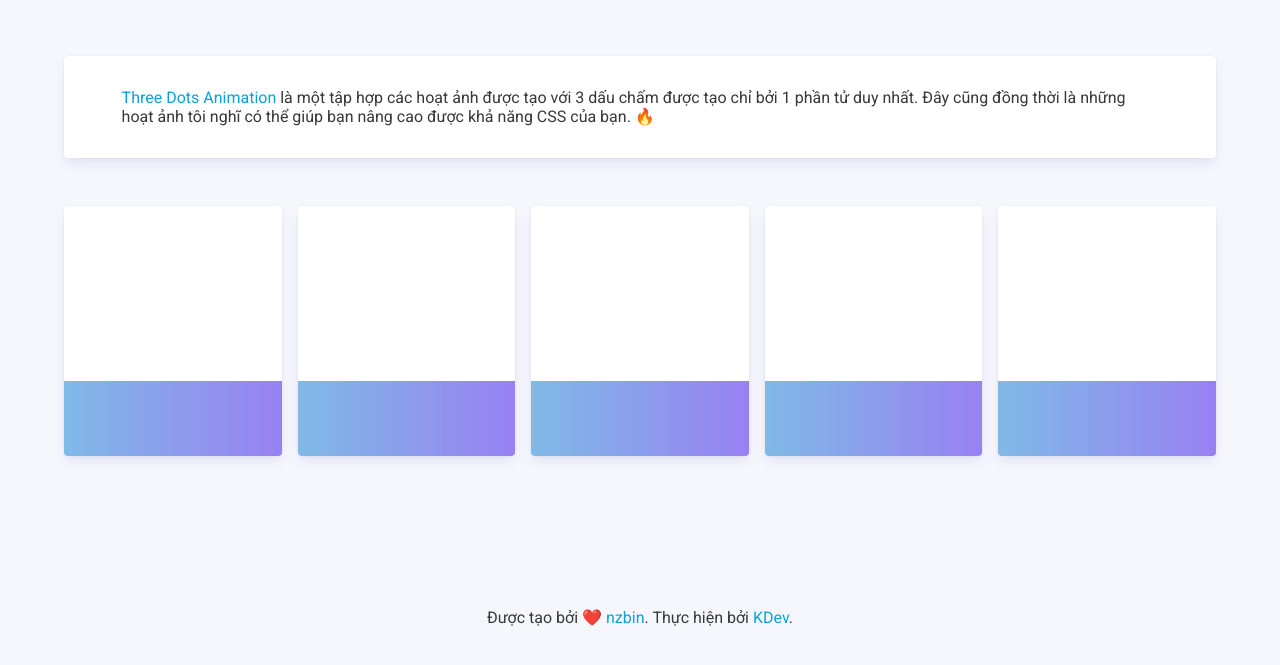
Repository: haokiet2501/lazy-loader-animation
Page: index.html
The author's editor kept a copy of each file at every save. The page is drawn from the files as they stood at one save, then again after the next save.
The browser window is 1280 px wide. The pictures show the whole page.
The style sheet was rebuilt from its Sass, Less or Tailwind sources for each picture, by a compiler version that may differ from the author's.

Above is the page before, as saved 2022-05-06 19:59:32.

After the next save:
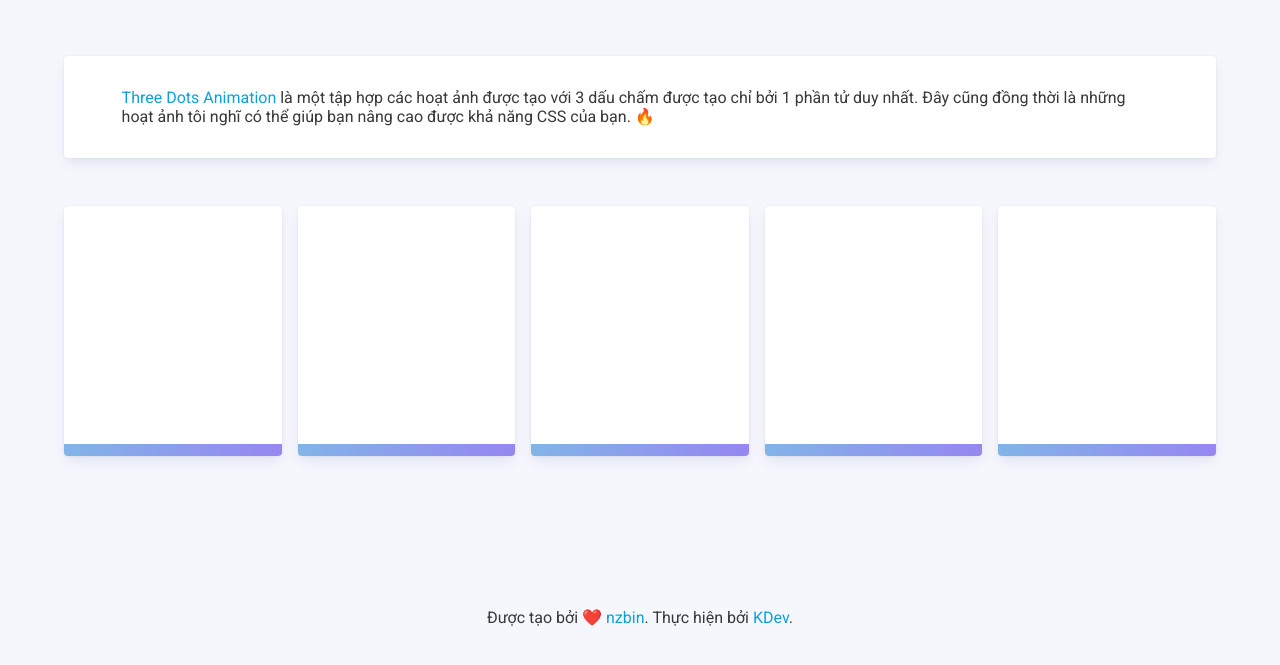
Saved 12 s later.
--- a/sass/styles.scss
+++ b/sass/styles.scss
@@ -33,7 +33,7 @@ $color-line: #50dfdb;
     top: 0;
     left: 32px;
     width: 150px;
-    height: 200%;
+    height: 250%;
     background: linear-gradient(#A85CF9, #6FDFDF);
     animation: animate 4s linear infinite;
 }
